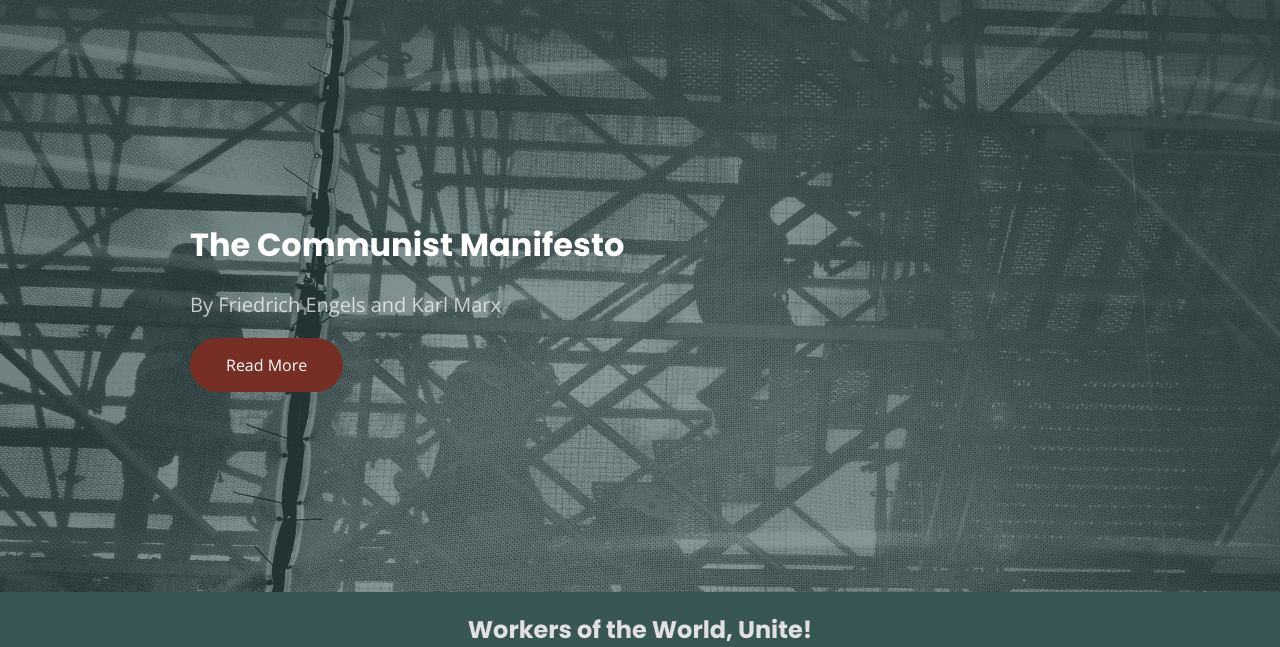
Repository: eaang/landing
Page: index.html
An editor plug-in stored every save of this project. The page is shown before and after a run of saves, followed by the edit.
The browser window is 1280 px wide. The pictures show the part of the page from y = 0 to 647 px (the page is 1113 px tall).
A picture or video elsewhere on the page could not be fetched, so the positions and the page height are approximate. Some web libraries are served in a nearby version.

Above is the page before, as saved 2020-06-10 16:13:40.

After the next 2 saves:
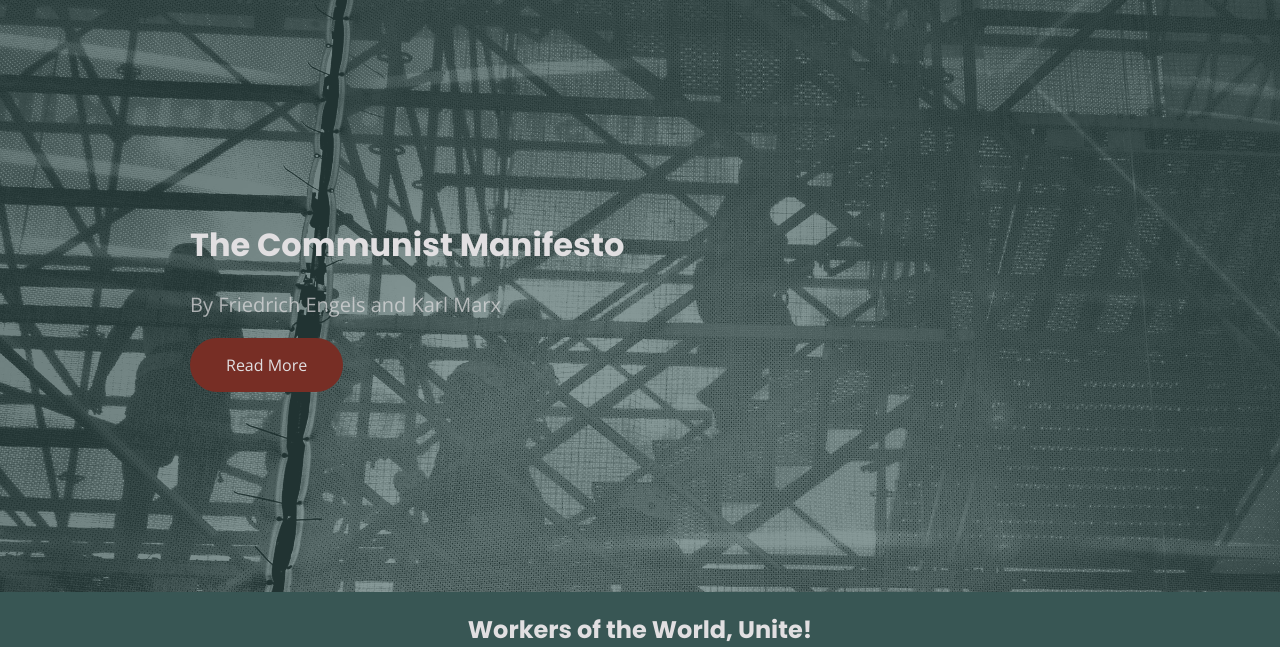
The 2 saves are shown as one change because they came seconds apart.
The last was saved 12 s later.
--- a/css/style.css
+++ b/css/style.css
@@ -58,12 +58,12 @@ a {
 .banner h1 {
   position: relative;
   z-index: 2;
-	color: white;
+	color: #E1DFE1;
 }
 .banner p {
   position: relative;
   z-index: 2;
-	color: white;
+	color: #E1DFE1;
 	opacity: .7;
 	font-size: 20px;
 }
@@ -74,7 +74,7 @@ a {
 	background-color: #772E25;
 	padding: 16px 36px;
 	border-radius: 50px;
-	color: white;
+	color: #E1DFE1;
 }
 
 /* Cards design */
